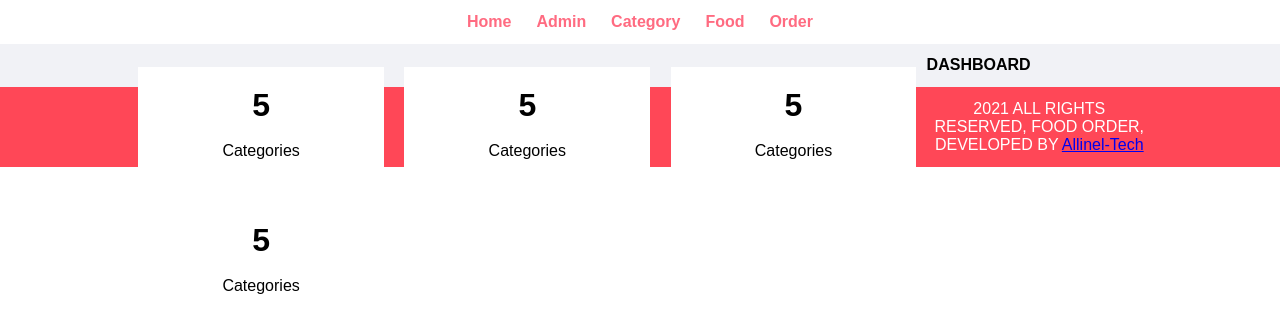
Repository: yazshrilld/food_order
Page: http://localhost/admin/index.php
An editor plug-in stored every save of this project. The page is shown before and after a run of saves, followed by the edit.
The browser window is 1280 px wide. The pictures show the whole page.
The page is run by PHP 8.4 with error messages shown; the project is at /var/www/html/.

Above is the page before, as saved 2021-01-24 16:43:12.

### admin/index.php
    <html>
    <head>
        <title>Food Order Website - Home Page</title>
        <link rel="stylesheet" href="../css/admin.css">
    </head>
    <body>
        <!-- Menu Section Starts -->
            <div class="menu text-center">
                <div class="wrapper">
                    <ul>
                        <li><a href="">Home</a></li>
                        <li><a href="">Admin</a></li>
                        <li><a href="">Category</a></li>
                        <li><a href="">Food</a></li>
                        <li><a href="">Order</a></li>
                    </ul>
                </div>
            </div>
        <!-- Menu Section Ends -->

        <!-- Main Content Section Starts -->
            <div class="main-content">
                <div class="wrapper">
                    <strong>DASHBOARD</strong>
                    <div class="col-4 text-center">
                        <h1>5</h1><br /> Categories
                    </div>
                    <div class="col-4 text-center">
                        <h1>5</h1><br /> Categories
                    </div>
                    <div class="col-4 text-center">
                        <h1>5</h1><br /> Categories
                    </div>
                    <div class="col-4 text-center">
                        <h1>5</h1><br /> Categories
                    </div>
                </div>
            </div>
        <!-- Main Content Section Ends -->

        <!-- Footer Section Starts -->
            <div class="footer">
                <div class="wrapper">
                    <p class="text-center">2021 ALL RIGHTS RESERVED, FOOD ORDER, DEVELOPED BY <a href="#">Allinel-Tech</a></p>
                </div>
            </div>
        <!-- Footer Section Ends -->

    </body>
</html>

### css/admin.css
/*
    Author: Musa Yazid
    Theme: Food Order Website Admin
    Version: 1.0
*/

* {
    margin: 0;
    padding: 0;
    font-family: Arial, Helvetica, sans-serif;
}

.wrapper {
    padding: 1%;
    width: 80%;
    margin: 0 auto;
}

.text-center {
    text-align: center;
}
.clear
/* CSS for Menu */
.menu {
    border-bottom: 1px solid grey;
}
.menu ul {
    list-style-type: none;
}
.menu ul li {
    display: inline;
    padding: 1%;
}
.menu ul li a {
    text-decoration: none;
    font-weight: bold;
    color: #ff6b81;
}
.menu ul li a:hover {

    color: #ff4757;
}

/* CSS for main-content */

.main-content {
    background-color: #f1f2f6;
}
.col-4 {
    width: 20%;
    background-color: white;
    margin: 1%;
    padding: 2%;
    float: left;
}

/* CSS for footer */
.footer {
    background-color: #ff4757;
    color: white;
}

After the next 9 saves:
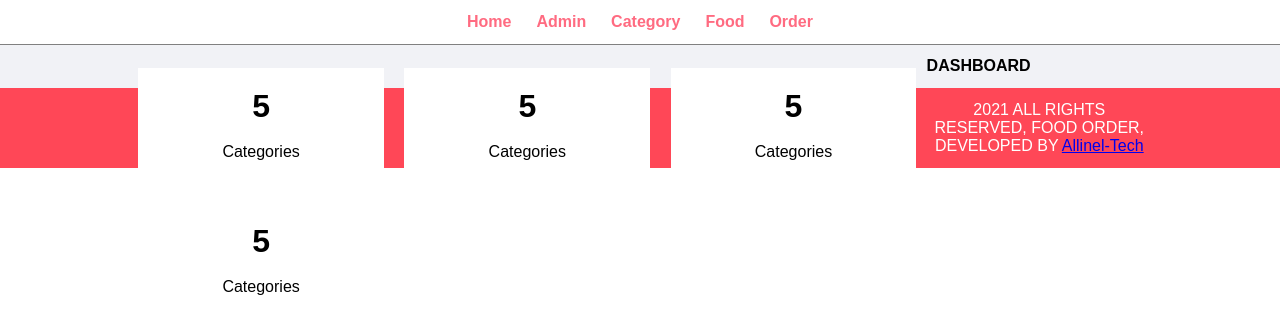
The 9 saves are shown as one change because they came seconds apart.
The last was saved 20 s later.
--- a/css/admin.css
+++ b/css/admin.css
@@ -19,7 +19,10 @@
 .text-center {
     text-align: center;
 }
-.clear
+.clearFix {
+    float: none;
+    clear: both;
+}
 /* CSS for Menu */
 .menu {
     border-bottom: 1px solid grey;
